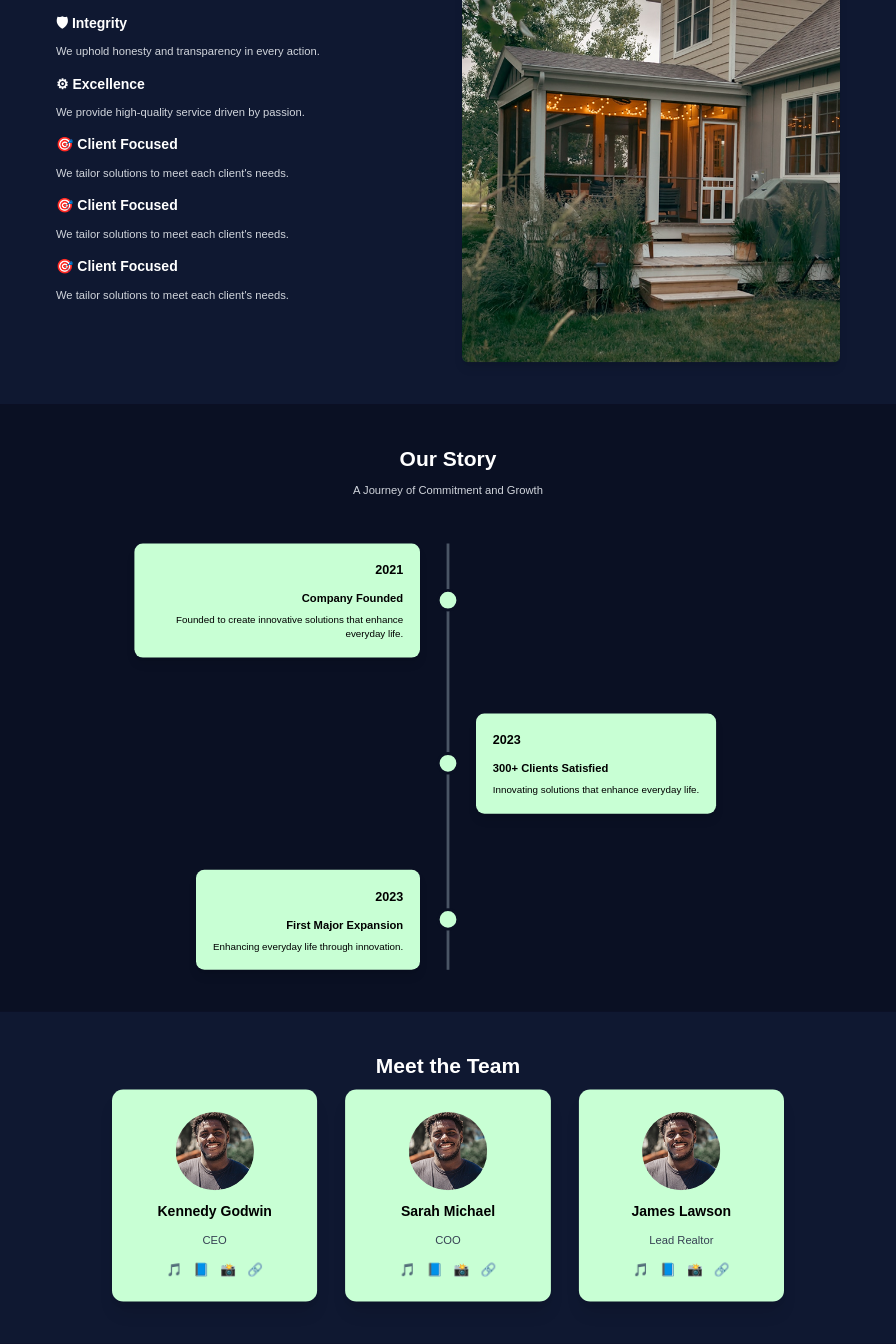
Repository: techvaro/Big-kens-realty-Frontend-react-
Page: /about (app in big-kens-realty/)
An editor plug-in stored every save of this project. The page is shown before and after the next save, followed by the edit.
The browser window is 1280 px wide. The pictures show the part of the page from y = 828 to 2748 px (the page is 2748 px tall before and 2744 px after), at 70% of full size.
The project was rebuilt for these pictures with package versions that can differ from the ones it lists, and the page was loaded fresh each time. Also part of the build but not shown: big-kens-realty/vite.config.js, big-kens-realty/src/components/Footer/Footer.jsx, big-kens-realty/src/components/Home/hero.jsx, big-kens-realty/src/components/Home/Services.jsx, big-kens-realty/src/components/Home/Stats.jsx, big-kens-realty/src/components/Home/About.jsx, big-kens-realty/src/components/Home/FeaturedProperties.jsx, big-kens-realty/src/components/Home/AutoMobileSale.jsx and 2 more.

Above is the page before, as saved 2025-12-08 16:20:42.

### big-kens-realty/index.html
<!doctype html>
<html lang="en">
  <head>
    <meta charset="UTF-8" />
    <link rel="icon" type="image/svg+xml" href="/vite.svg" />
    <meta name="viewport" content="width=device-width, initial-scale=1.0" />
    <title>big-kens-realty</title>
  </head>
  <body>
    <div id="root"></div>
    <script type="module" src="/src/main.jsx"></script>
  </body>
</html>

### big-kens-realty/src/index.css
@import "tailwindcss";

body {
  margin: 0;
  font-family: Arial, sans-serif;
  background-color: #0c0e28;
  color: white;
}

section {
  padding: 60px 80px;
}

h1, h2, h3 {
  margin: 0 0 15px 0;
}

.btn {
  background: #b5ffcb;
  color: #000;
  padding: 12px 25px;
  border-radius: 5px;
  border: none;
  font-weight: bold;
  cursor: pointer;
}

.btn1{
  background: #b5ffcb;
  color: #000;
  height: 30px;
  width: 80px;
  border: none;
  font-weight: bold;
  cursor: pointer;
  border-radius: 5px;
}

.card {
  background: #1b1e49;
  padding: 15px;
  border-radius: 8px;
}

nav img {
  width: auto !important;
}

### big-kens-realty/src/router/AppRouter.jsx
import { BrowserRouter, Routes, Route } from "react-router-dom";
import Home from "../Pages/Home";
import About from "../Pages/About";

// Placeholder components for routes that don't exist yet
// const About = () => <div>About Page</div>;
const RealEstate = () => <div>Real Estate Page</div>;
const AutoMobile = () => <div>Auto Mobile Page</div>;
const Music = () => <div>Music Page</div>;
const Contact = () => <div>Contact Page</div>;

export default function AppRouter() {
  return (
    <BrowserRouter>
      <Routes>
        <Route path="/" element={<Home />} />
        <Route path="/about" element={<About />} />
        <Route path="/real-estate" element={<RealEstate />} />
        <Route path="/auto-mobile" element={<AutoMobile />} />
        <Route path="/music" element={<Music />} />
        <Route path="/contact" element={<Contact />} />
      </Routes>
    </BrowserRouter>
  );
}

### big-kens-realty/src/Pages/About.jsx
import Navbar from "../components/navbar/navbar";
import Hero from "../components/About/Hero";
import MissionValues from "../components/About/mission";
import Timeline from "../components/About/Timeline";
import Team from "../components/About/Team";

export default function About() {
  return (
    <>
      <Navbar />
      <Hero />
      <MissionValues />
      <Timeline />
      <Team />
    </>
  );
}

### big-kens-realty/src/components/navbar/navbar.jsx
import { Link } from "react-router-dom";
import { useState } from "react";
import logo from "../../assets/image/logo.png";
import {
    Bars3Icon,
    HomeIcon,
    InformationCircleIcon,
    BuildingOfficeIcon,
    WrenchIcon,
    MusicalNoteIcon,
    PhoneIcon,
    XMarkIcon,
} from "@heroicons/react/24/outline";

export default function Navbar() {
  const [isMobileMenuOpen, setIsMobileMenuOpen] = useState(false);

  return (
    <div className="w-full relative">

        <nav className="hidden lg:flex items-center justify-between px-20 py-5 bg-[#0c0e28] sticky top-0 z-50">
            <span className="inline-flex items-center justify-left gap-2">
                <img src={logo} className="h-[40px] w-[40px] object-contain" alt="Big Ken Enterprises Logo" />
                <span className="text-xl font-bold text-white whitespace-nowrap">Big Ken Enterprises</span>
            </span>

            <div className="flex gap-6">
                <Link to="/" className="text-white hover:text-gray-300 transition">
                    Home
                </Link>

                <Link to="/about" className="text-white hover:text-gray-300 transition">
                    About Us
                </Link>

                <Link
                to="/real-estate"
                className="text-white hover:text-gray-300 transition"
                >
                Real Estate
                </Link>

                <Link
                to="/auto-mobile"
                className="text-white hover:text-gray-300 transition"
                >
                Auto Mobile
                </Link>

                <Link to="/music" className="text-white hover:text-gray-300 transition">
                Musicals
                </Link>

                <Link to="/contact" className="text-white hover:text-gray-300 transition">
                Contact
                </Link>
            </div>

            <button className="bg-[#b5ffcb] text-black px-6 py-3 rounded-md font-bold hover:bg-[#9ae6af] transition">
                Sign In
            </button>
        </nav>

        <nav className="flex lg:hidden items-center justify-between px-10 py-5 bg-[#0c0e28] sticky top-0 z-50">
            <span className="flex items-center justify-center gap-5">
                <img src={logo} className="h-[40px] w-[40px] object-contain" alt="Big Ken Enterprises Logo" />
                <span className="text-1xl font-bold text-white whitespace-normal">Big Ken Enterprises</span>
            </span>

            <span className="flex items-center justify-between gap-5">

                {/* Menu Icon */}
                <button
                  className="text-white"
                  onClick={() => setIsMobileMenuOpen(!isMobileMenuOpen)}
                >
                  {isMobileMenuOpen ? (
                    <XMarkIcon className="h-8 w-8 text-white cursor-pointer" />
                  ) : (
                    <Bars3Icon className="h-8 w-8 text-white cursor-pointer" />
                  )}
                </button>
            </span>
        </nav>

        {/* Mobile Menu */}
        <div
          className={`fixed top-16 left-0 w-full bg-[#0c0e28] z-40 transition-all duration-300 ease-in-out lg:hidden ${
            isMobileMenuOpen
              ? 'opacity-100 translate-y-0 pointer-events-auto'
              : 'opacity-0 -translate-y-10 pointer-events-none'
          }`}
        >
          <div className="flex flex-col items-center justify-center gap-5 p-5">
            <Link
              to="/"
              className="flex items-center gap-2 text-white hover:text-gray-300 transition w-full py-2 justify-center"
              onClick={() => setIsMobileMenuOpen(false)}
            >
              <HomeIcon className="h-5 w-5 text-white" /> Home
            </Link>

            <Link
              to="/about"
              className="flex items-center gap-2 text-white hover:text-gray-300 transition w-full py-2 justify-center"
              onClick={() => setIsMobileMenuOpen(false)}
            >
              <InformationCircleIcon className="h-5 w-5 text-white" /> About Us
            </Link>

            <Link
              to="/real-estate"
              className="flex items-center gap-2 text-white hover:text-gray-300 transition w-full py-2 justify-center"
              onClick={() => setIsMobileMenuOpen(false)}
            >
              <BuildingOfficeIcon className="h-5 w-5 text-white" /> Real Estate
            </Link>

            <Link
              to="/auto-mobile"
              className="flex items-center gap-2 text-white hover:text-gray-300 transition w-full py-2 justify-center"
              onClick={() => setIsMobileMenuOpen(false)}
            >
              <WrenchIcon className="h-5 w-5 text-white" /> Auto Mobile
            </Link>

            <Link
              to="/music"
              className="flex items-center gap-2 text-white hover:text-gray-300 transition w-full py-2 justify-center"
              onClick={() => setIsMobileMenuOpen(false)}
            >
              <MusicalNoteIcon className="h-5 w-5 text-white" /> Musicals
            </Link>

            <Link
              to="/contact"
              className="flex items-center gap-2 text-white hover:text-gray-300 transition w-full py-2 justify-center"
              onClick={() => setIsMobileMenuOpen(false)}
            >
              <PhoneIcon className="h-5 w-5 text-white" /> Contact
            </Link>
            <button className="bg-[#b5ffcb] text-black px-6 py-3 rounded-md font-bold hover:bg-[#9ae6af] transition w-full">
                Sign In
            </button>
          </div>
        </div>

    </div>

  );
}

### big-kens-realty/src/components/About/Hero.jsx
import heroImage from "../../assets/image_about/hero.png";

export default function Hero() {


    return (
        <section
            className="relative h-[80vh] flex items-center justify-center text-white bg-cover bg-center"
            style={{ backgroundImage: `linear-gradient(rgba(0,0,0,.5), rgba(0,0,0,.5)), url(${heroImage})` }}
        >


            {/* Content aligned with navbar */}
            <div className="relative z-10 w-full max-w-7xl mx-auto px-4 lg:px-20 text-center">
                <h1 className="text-5xl font-bold mb-4">About Us</h1>
                <p className="text-lg max-w-3xl mx-auto">
                    Discover top listings handpicked for quality, value, and prime
                    locations—your ideal home or investment awaits.
                </p>
            </div>
        </section>
    );

}

### big-kens-realty/src/components/About/mission.jsx
import heroImage from "../../assets/image_about/house.png";
// Mission & Values Section
export default function MissionValues() {
return (
<section className="py-16 px-6 md:px-20 bg-[#0F1831] text-white grid md:grid-cols-2 gap-10">
<div>
<h2 className="text-3xl font-bold mb-6">Our Mission & Values</h2>
<p className="mb-6 text-gray-300 max-w-lg">
At Big Ken Enterprises, our mission and values guide everything we do. We are committed to innovation, reliability,
and customer satisfaction.
</p>


<div className="space-y-5">
<div>
<h3 className="text-xl font-semibold">🛡 Integrity</h3>
<p className="text-gray-300 max-w-md">We uphold honesty and transparency in every action.</p>
</div>
<div>
<h3 className="text-xl font-semibold">⚙ Excellence</h3>
<p className="text-gray-300 max-w-md">We provide high-quality service driven by passion.</p>
</div>
<div>
<h3 className="text-xl font-semibold">🎯 Client Focused</h3>
<p className="text-gray-300 max-w-md">We tailor solutions to meet each client's needs.</p>
</div>
<div>
<h3 className="text-xl font-semibold">🎯 Client Focused</h3>
<p className="text-gray-300 max-w-md">We tailor solutions to meet each client's needs.</p>
</div>
<div>
<h3 className="text-xl font-semibold">🎯 Client Focused</h3>
<p className="text-gray-300 max-w-md">We tailor solutions to meet each client's needs.</p>
</div>
</div>
</div>


<img src={heroImage} alt="House" className="rounded-lg shadow-lg" />
</section>
);
}

### big-kens-realty/src/components/About/Timeline.jsx
export default function TimelineSection() {
  return (
    <div>
    {/* DESKTOP / LARGE SCREENS */}
    <section className="hidden lg:block py-20 bg-[#0A1023] text-white text-center">
        <h2 className="text-3xl font-bold mb-2">Our Story</h2>
        <p className="text-gray-300 mb-16">A Journey of Commitment and Growth</p>

        <div className="relative max-w-4xl mx-auto">
        {/* Center Vertical Line */}
        <div className="absolute left-1/2 transform -translate-x-1/2 h-full w-1 bg-gray-600"></div>

        <div className="space-y-20">

            {/* === 2021 === */}
            <div className="relative flex items-center">
            {/* Left card */}
            <div className="w-1/2 pr-10 text-right">
                <div className="bg-[#C8FFD4] text-black p-6 rounded-xl shadow-lg inline-block">
                <h3 className="font-bold text-lg">2021</h3>
                <p className="font-semibold">Company Founded</p>
                <p className="text-sm mt-2">
                    Founded to create innovative solutions that enhance everyday life.
                </p>
                </div>
            </div>

            {/* Dot */}
            <div className="absolute left-1/2 transform -translate-x-1/2 w-8 h-8 bg-[#C8FFD4] rounded-full border-4 border-[#0A1023]"></div>

            {/* Right empty */}
            <div className="w-1/2"></div>
            </div>

            {/* === 2023 (Clients) === */}
            <div className="relative flex items-center">
            {/* Empty left */}
            <div className="w-1/2"></div>

            {/* Right card */}
            <div className="w-1/2 pl-10 text-left">
                <div className="bg-[#C8FFD4] text-black p-6 rounded-xl shadow-lg inline-block">
                <h3 className="font-bold text-lg">2023</h3>
                <p className="font-semibold">300+ Clients Satisfied</p>
                <p className="text-sm mt-2">
                    Innovating solutions that enhance everyday life.
                </p>
                </div>
            </div>

            {/* Dot */}
            <div className="absolute left-1/2 transform -translate-x-1/2 w-8 h-8 bg-[#C8FFD4] rounded-full border-4 border-[#0A1023]"></div>
            </div>

            {/* === 2023 (Expansion) === */}
            <div className="relative flex items-center">
            {/* Left card */}
            <div className="w-1/2 pr-10 text-right">
                <div className="bg-[#C8FFD4] text-black p-6 rounded-xl shadow-lg inline-block">
                <h3 className="font-bold text-lg">2023</h3>
                <p className="font-semibold">First Major Expansion</p>
                <p className="text-sm mt-2">
                    Enhancing everyday life through innovation.
                </p>
                </div>
            </div>

            {/* Dot */}
            <div className="absolute left-1/2 transform -translate-x-1/2 w-8 h-8 bg-[#C8FFD4] rounded-full border-4 border-[#0A1023]"></div>

            {/* Right empty */}
            <div className="w-1/2"></div>
            </div>

        </div>
        </div>
    </section>

    {/* MOBILE / TABLET */}
    <section className="lg:hidden py-20 bg-[#0A1023] text-white text-center">
        <h2 className="text-3xl font-bold mb-10">Our Story</h2>
        <p className="text-gray-300 mb-16">A Journey of Commitment and Growth</p>

        <div className="flex flex-col items-center space-y-12">

        <div className="bg-[#C8FFD4] text-black p-6 rounded-xl shadow max-w-md w-full">
            <h3 className="font-bold text-lg">2021 — Company Founded</h3>
            <p>Founded to create innovative solutions.</p>
        </div>

        <div className="bg-[#C8FFD4] text-black p-6 rounded-xl shadow max-w-md w-full">
            <h3 className="font-bold text-lg">2023 — 300+ Clients Satisfied</h3>
            <p>Continuing to deliver excellence daily.</p>
        </div>

        <div className="bg-[#C8FFD4] text-black p-6 rounded-xl shadow max-w-md w-full">
            <h3 className="font-bold text-lg">2023 — First Major Expansion</h3>
            <p>Enhancing everyday life through innovation.</p>
        </div>

        </div>
  </section>
</div>

  );
}

### big-kens-realty/src/components/About/Team.jsx
import img from "../../assets/image_about/img.png";
export default function TeamSection() {
  const team = [
    {
      name: "Kennedy Godwin",
      role: "CEO",
      image: img,
      socials: {
        tiktok: "#",
        facebook: "#",
        instagram: "#",
        linkedin: "#",
      },
    },
    {
      name: "Sarah Michael",
      role: "COO",
      image: img,
      socials: {
        tiktok: "#",
        facebook: "#",
        instagram: "#",
        linkedin: "#",
      },
    },
    {
      name: "James Lawson",
      role: "Lead Realtor",
      image: img,
      socials: {
        tiktok: "#",
        facebook: "#",
        instagram: "#",
        linkedin: "#",
      },
    },
  ];

  return (
    <section className="py-20 bg-[#0F1831] text-center text-white">
      <h2 className="text-3xl font-bold mb-12">Meet the Team</h2>

      <div className="grid md:grid-cols-3 gap-10 px-6 md:px-20">
        {team.map((member, index) => (
          <div
            key={index}
            className="bg-[#C8FFD4] p-8 rounded-2xl shadow-xl text-black"
          >
            <img
              src={member.image}
              className="w-28 h-28 rounded-full mx-auto mb-4 object-cover"
              alt={member.name}
            />

            <h3 className="font-bold text-xl">{member.name}</h3>
            <p className="text-gray-700 mb-4">{member.role}</p>

            {/* Social Icons */}
            <div className="flex justify-center space-x-4 text-lg">
              <a href={member.socials.tiktok}>🎵</a>
              <a href={member.socials.facebook}>📘</a>
              <a href={member.socials.instagram}>📸</a>
              <a href={member.socials.linkedin}>🔗</a>
            </div>
          </div>
        ))}
      </div>
    </section>
  );
}

Loaded but not shown: big-kens-realty/src/main.jsx (common file); big-kens-realty/src/App.jsx (common file)

After the next save:
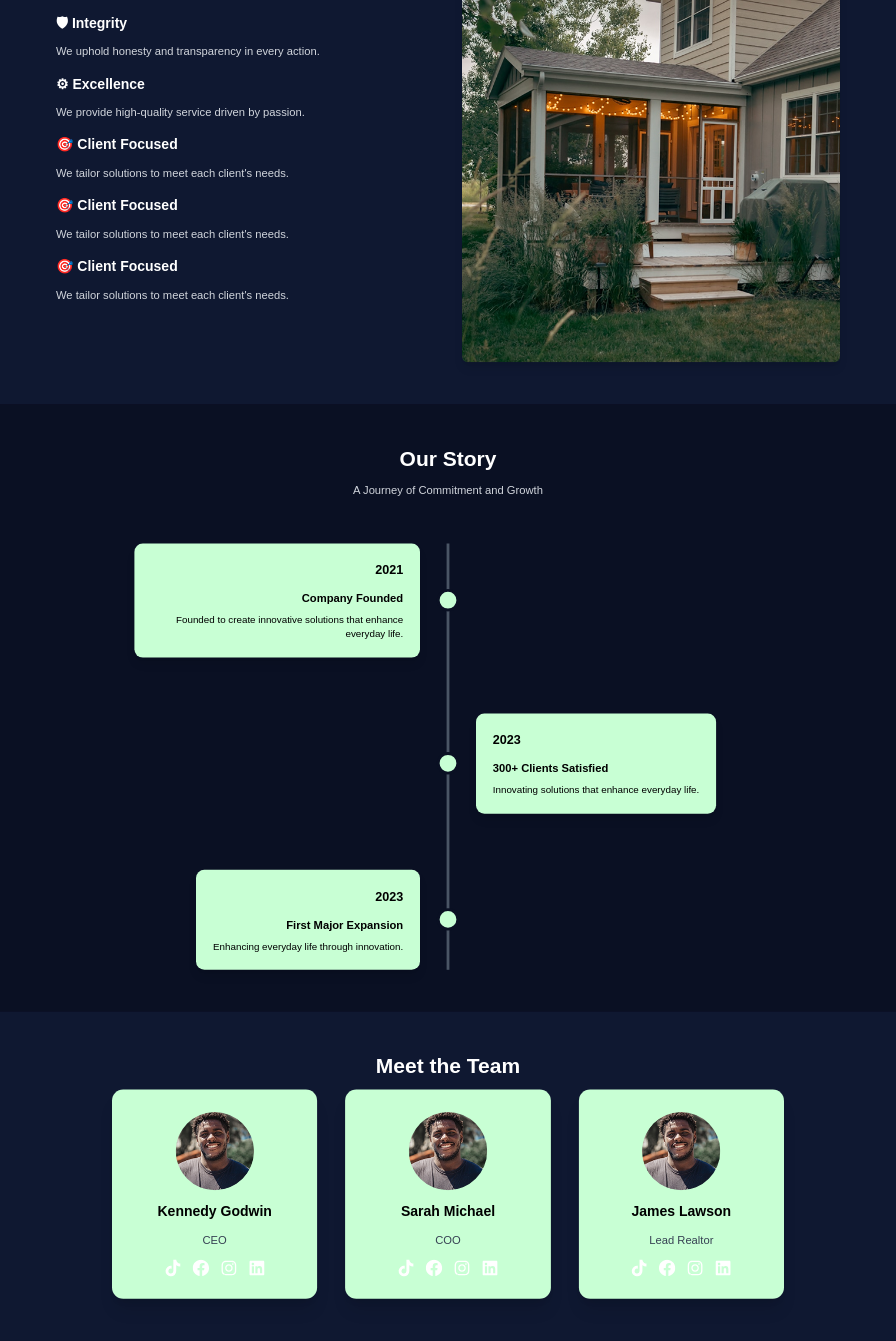
Saved 2 min 7 s later.
--- a/big-kens-realty/src/components/About/Team.jsx
+++ b/big-kens-realty/src/components/About/Team.jsx
@@ -1,4 +1,7 @@
 import img from "../../assets/image_about/img.png";
+
+import { FaTiktok, FaFacebook, FaInstagram, FaLinkedin } from "react-icons/fa";
+
 export default function TeamSection() {
   const team = [
     {
@@ -56,12 +59,24 @@ export default function TeamSection() {
             <p className="text-gray-700 mb-4">{member.role}</p>
 
             {/* Social Icons */}
-            <div className="flex justify-center space-x-4 text-lg">
-              <a href={member.socials.tiktok}>🎵</a>
-              <a href={member.socials.facebook}>📘</a>
-              <a href={member.socials.instagram}>📸</a>
-              <a href={member.socials.linkedin}>🔗</a>
+            <div className="flex justify-center space-x-4 text-lg text-white">
+                <a href={member.socials.tiktok} target="_blank" rel="noopener noreferrer">
+                    <FaTiktok className="w-6 h-6 hover:text-gray-400 transition" />
+                </a>
+
+                <a href={member.socials.facebook} target="_blank" rel="noopener noreferrer">
+                    <FaFacebook className="w-6 h-6 hover:text-gray-400 transition" />
+                </a>
+
+                <a href={member.socials.instagram} target="_blank" rel="noopener noreferrer">
+                    <FaInstagram className="w-6 h-6 hover:text-gray-400 transition" />
+                </a>
+
+                <a href={member.socials.linkedin} target="_blank" rel="noopener noreferrer">
+                    <FaLinkedin className="w-6 h-6 hover:text-gray-400 transition" />
+                </a>
             </div>
+
           </div>
         ))}
       </div>
